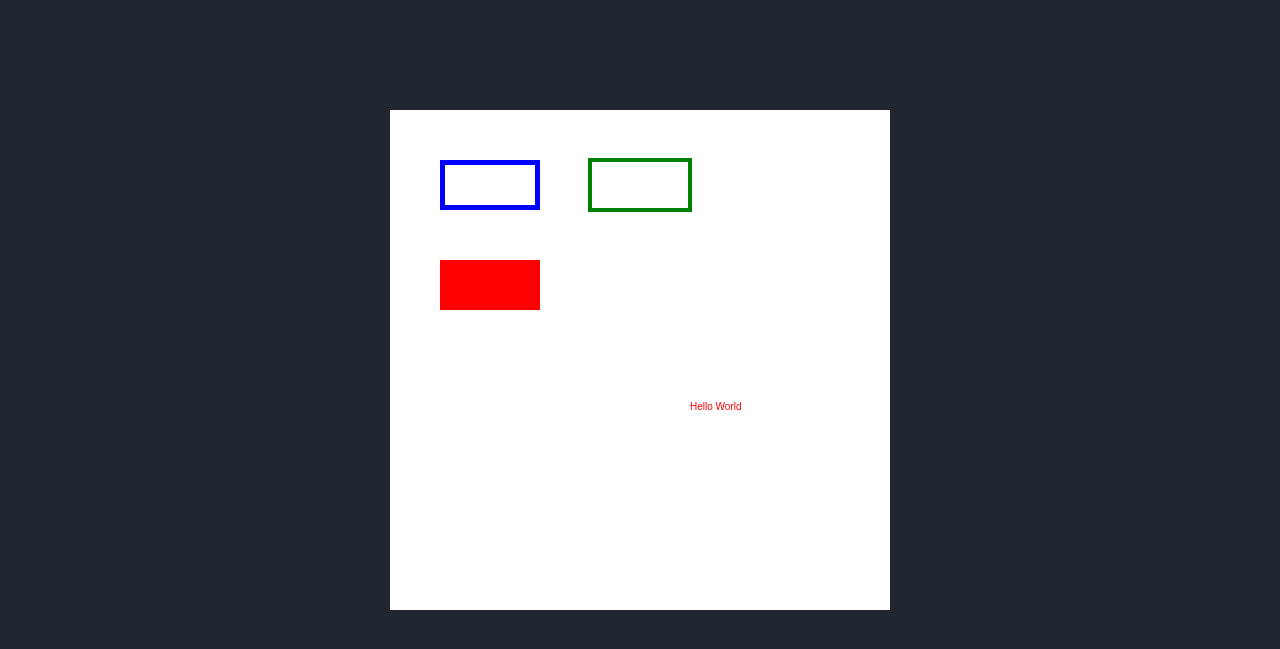
Repository: thecodeholic/cst-javascript-course
Page: /
An editor plug-in stored every save of this project. The page is shown before and after the next save, followed by the edit.
The browser window is 1280 px wide. The pictures show the whole page.
The project was rebuilt for these pictures with package versions that can differ from the ones it lists, and the page was loaded fresh each time.

Above is the page before, as saved 2020-11-25 09:40:51.

After the next save:
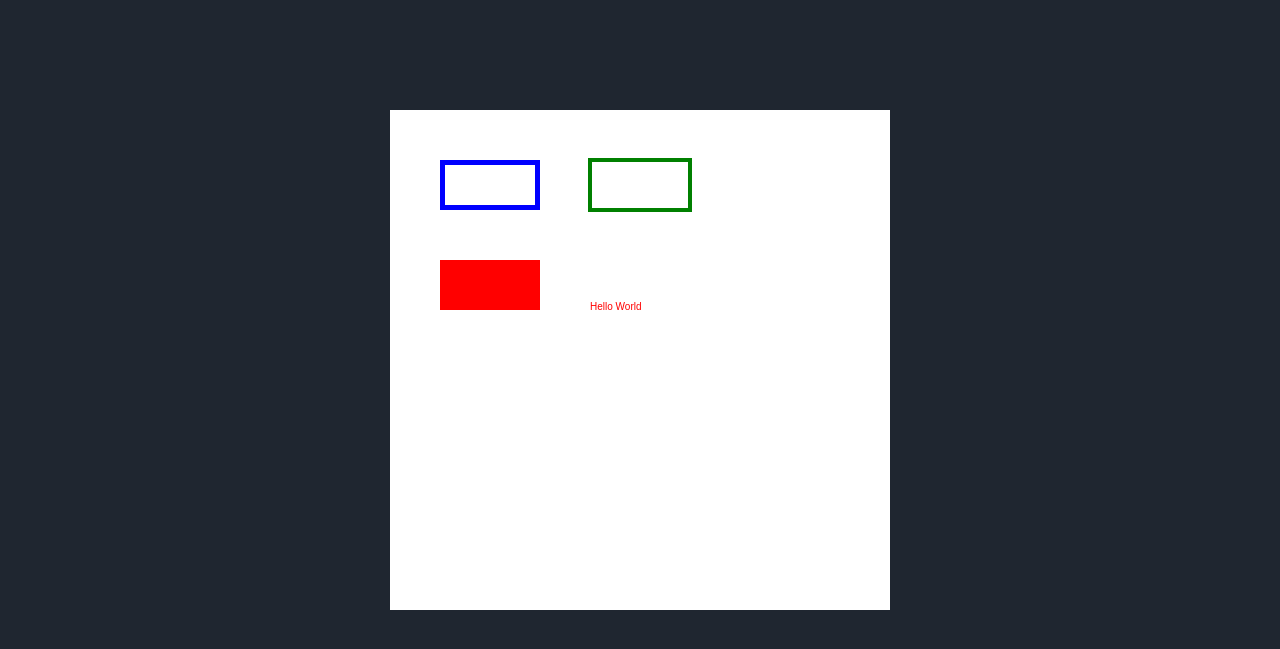
Saved 12 s later.
--- a/app.js
+++ b/app.js
@@ -26,7 +26,7 @@ ctx.strokeRect(200, 50, 100, 50);
 ctx.clearRect(55, 55, 90, 40);
 
 // fillText
-ctx.fillText("Hello World", 300, 300)
+ctx.fillText("Hello World", 200, 200)
 
 // strokeText
 
